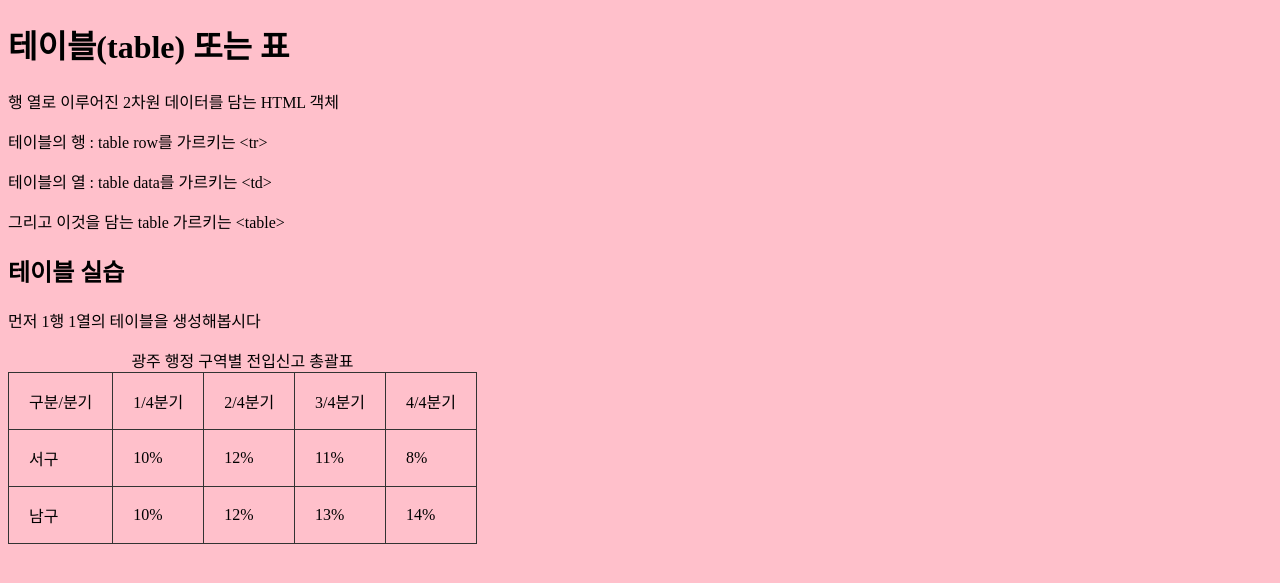
Repository: kmh9964/view
Page: workspace/studyhtml5/src/main/webapp/docs/first.html
An editor plug-in stored every save of this project. The page is shown before and after the next save, followed by the edit.
The browser window is 1280 px wide. The pictures show the whole page.

Above is the page before, as saved 2022-12-15 06:28:54.

After the next save:
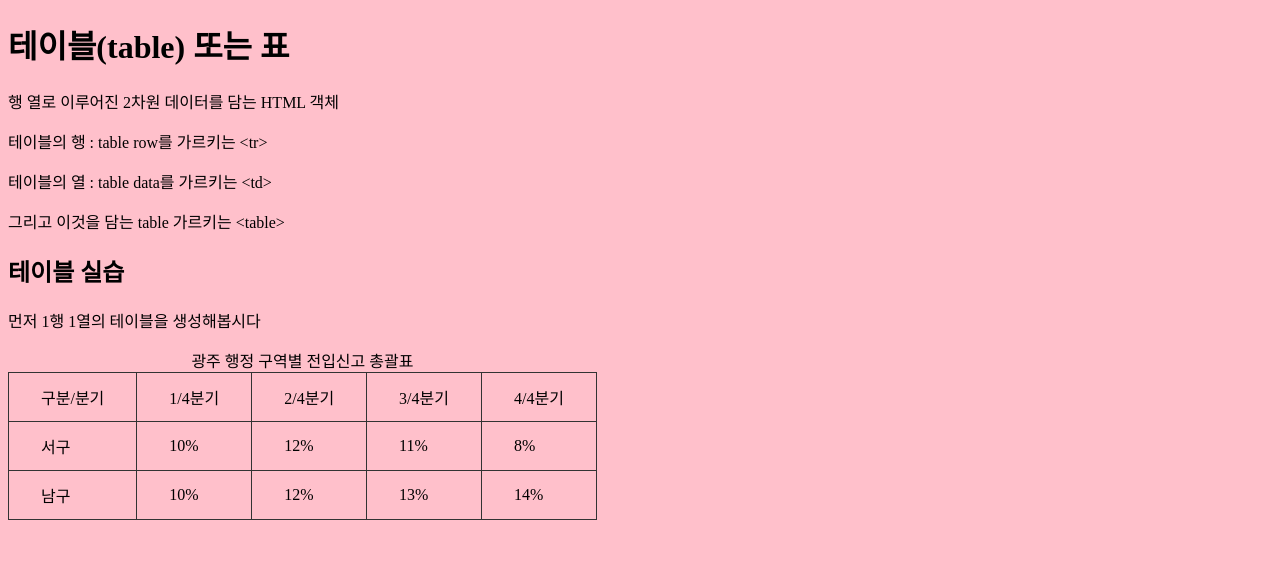
Saved 30 s later.
--- a/workspace/studyhtml5/src/main/webapp/css/main.css
+++ b/workspace/studyhtml5/src/main/webapp/css/main.css
@@ -21,5 +21,5 @@ table, td {
 		border-collapse: collapse;  /* 테두리-겹침: 겹쳐라 */
 }
 td{
-	padding: 1rem 1.250rem; /* 패딩(=안여백): 상하 1rem , 좌우 1.250rem */
+	padding: 0.750rem 2rem; /* 패딩(=안여백): 상하 1rem , 좌우 1.250rem */
 }
